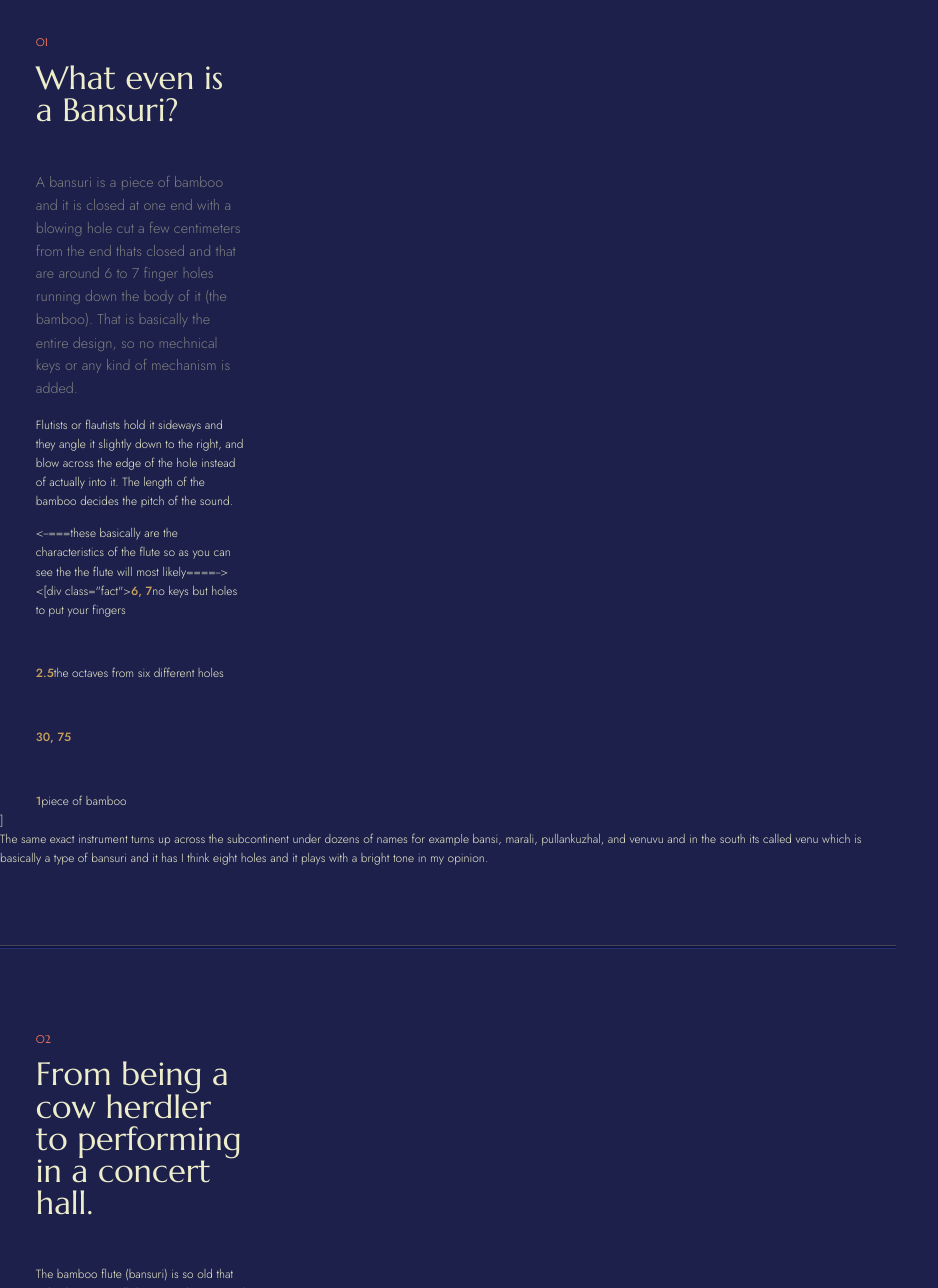
Repository: manayparikh1/Bansi
Page: index.html
The author's editor kept a copy of each file at every save. The page is drawn from the files as they stood at one save, then again after the next save.
The browser window is 1280 px wide. The page is 1340 px wide, so the pictures cover 1340 px, including what lies to the right of the window. The pictures show the part of the page from y = 809 to 2649 px (the page is 5463 px tall before and 5519 px after), at 70% of full size.

Above is the page before, as saved 2026-09-20 19:30:52.

### index.html
<!DOCTYPE html>
<html lang="en">

<head>
    <meta charset="utf-8">
    <meta name="viewport" content="width=device-width, initial-scale=2.0">
    <title>Bansuri ——— the flute with NO keys</title>
    <link rel="preconnect" href="https://fonts.googleapis.com">
    <link rel="preconnect" href="https://fonts.gstatic.com" crossorigin>
    <link href="https://fonts.googleapis.com/css2?family=Marcellus&family=Jost:wght@300;400;500&display=swap"
        rel="stylesheet">
    <link rel="stylesheet" href="style.css">
</head>

<body>
    <div class="stars"></div>
    <nav class="bar">
        <span class="mark">बाँसुरी</span>
        <div class="links">
            <a href="#what">The bamboo object</a>
            <a href="#story">The story of it</a>
            <a href="#play">How is it actually played?</a>
            <a href="#studio" class="hot">Wanna try it?</a>
        </div>
    </nav>
    <!-- ===Hero=== -->
    <header class="hero" id="top">
        <div class="hero-inner">
            <p class="eyebrow">A cylinder full of life...and bamboo. Six holes. No keys, reeds, or metal anywhere.</p>
            <h1>The flute that<br>breaths like<br><em>a voice</em></h1>
            <p class="stand">
                There is actually nothing inside a bansuri. It is a piece of bamboo that comes in all shapes and sizes.
                And it is closed at one end with the holes of it burned throughout it on its surface by hand. Everything
                else comes out of a player's fingers and breath.
            </p>
            <a class="cta" href="#studio">Play one below? Scroll down.</a>
        </div>

        <div class="hero-flute">
            <div class="tube big">
                <span class="node n1"></span>
                <span class="node n2"></span>
                <span class="blow"></span>
                <span class="hole h0"></span>
                <span class="hole h1"></span>
                <span class="hole h2"></span>
                <span class="hole h3"></span>
                <span class="hole h4"></span>
                <span class="hole h5"></span>
            </div>
        </div>
        <a class="scroll-hint" href="#what">scroll</a>
    </header>

    <!-- ==1. the object-->
    <section class="band" id="what">
        <div class="wrap two-col">
            <div class="col-head">
                <p class="num">01</p>
                <h2>What even is a Bansuri?</h2>
            </div>
            <div class="col-body">
                <p class="lead">
                    A bansuri is a piece of bamboo and it is closed at one end with a blowing hole cut a few centimeters
                    from the end thats closed and that are around 6 to 7 finger holes running down the body of it (the
                    bamboo). That is basically the entire design, so no mechnical keys or any kind of mechanism is
                    added.
                </p>
                <p>
                    Flutists or flautists hold it sideways and they angle it slightly down to the right, and blow across
                    the edge of the hole instead of actually into it. The length of the bamboo decides the pitch of the
                    sound.
                </p>
                <--===these basically are the characteristics of the flute so as you can see the the flute will most
                    likely====-->
                    <[div class="fact"><b>6, 7</b><span>no keys but holes to put your fingers
                        </span>
            </div>
            <div class="fact"><b>2.5</b><span>the octaves from six different holes</span></div>
            <div class="fact"><b>30, 75</b></div>
            <div class="fact"><b>1</b></span>piece of bamboo</div>
        </div>]

        <p class="aside-note">
            The same exact instrument turns up across the subcontinent under dozens of names for example bansi, marali,
            pullankuzhal, and venuvu and in the south its called venu which is basically a type of bansuri and it has I
            think eight holes and it plays with a bright tone in my opinion.
        </p>
        </div>
        </div>
    </section>
    <!-- == 2.story -->
    <section class="band tint" id="story">
        <div class="wrap two-col">
            <div class="col-head">
                <p class="num">02</p>
                <h2>From being a cow herdler to performing in a concert hall.</h2>
            </div>
            <div class="col-body">
                <p class="hello">
                    The bamboo flute (bansuri) is so old that nobody can actuall date it. And it is carved into various
                    religious temple walls like Buddhist, Hindu, and Jain. It is super important for Krishna, who is a
                    Hindu god that is depicted for playing the most beautiful flute scales EVER.
                </p>
                <p>
                    Honestly for most of the history it pretty much stayed as a folk instrument. It was small and played
                    in villages and it did not appear on atleast one Hindustani conert stage at all and that all changed
                    one <strong>lifetime</strong>.
                </p>

                <div class="people">
                    <div class="person">
                        <p class="years">1911-1960</p>
                        <h3>Pannalal Ghosh</h3>
                        <p>
                            He was born in Barisal and he rebuilt the instrument to make it fit for classical music. And
                            it was much more longer than any other flute that time, around 32 inches I believe. It
                            dropped the pitch and gave it the sustain effect a raga needs. He popularized the seventh
                            hole and studied under someone named Allauddin Khan. Before him the bansuri was not even a
                            concert instrument, it was used only for village songs. But he made such a big change that
                            after him it was.
                        </p>
                    </div>
                    <div class="person">
                        <p class="years">Born on 1938</p>
                        <h3>Hariprasad Chaurasia</h3>
                        <p>
                            He is still alive today and one of my favourite flute players in the world. He carried it
                            out of India. Fifty years of recordings across most of the major ragas. He taught gurukul in
                            Vrindavan, and collabed with Western musicians and he gave the bansuri a profile thats
                            comparable with the sitar.
                        </p>
                    </div>
                </div>
                <p class="tabla">
                    In a performance the bansuri is usually joined by another Indian instrument called the Tabla, which
                    many of you have heard. It is used for rhythm and a tanpura droning underneath, holding the tonic of
                    the bansuri so the never loses its pitch. You can switch that drone on in the studio below.
                    <strong>Try it</strong>.
                </p>
            </div>
        </div>
    </section>
    <!--==3. how is it ac played-->
    <section class="band" id="play" <div class="wrap two-col">

        <div class="col-head" <p class="num">003</p>
            <h2>Why having no keys is basically the whole point!</h2>
            <div>
                <div class="col-body">
                    <p class="lead">
                        A western flute gives you a key per every note. Press it and you get the note and the pitch
                        between two keys does not exist (some of you may not understand what I am saying here but thats
                        fine). The bansuri has nothing buton open holes and the pads of your fingers, which sounds super
                        good for bansuri because you can add sounds that are not even possible on the western flute by
                        sliding and gliding your fingers. (I'll show you a audio recording of me playing in the very
                        bottom).
                    </p>
                    <p>
                        Because a finger can cover a hole halfway, or a third of the way, or roll slowly off it, the
                        player has every pitch between the notes. That is how the flats and sharps of different ragas
                        are found on an instrument with holes that are fixed and it is how a bansuri slides from one
                        note into the next into a single breath.
                    </p>
                    <p>
                        The seven swaras are <b>Sa Re Ga Ma Pa Dha Ni</b>, and Sa is not a fixed frequency surprisingly.
                        It is wherever the flute of the player sits.
                    </p>
                    <div class="rowforswaras">
                        <span>सा<i>Sa</i></span><span>रे<i>Re</i></span><span>ग<i>Ga</i></span>
                        <span>म<i>Ma</i></span><span>प<i>Pa</i></span><span>ध<i>Dha</i></span>
                        <span>नि<i>Ni</i></span>
                    </div>
                </div>
            </div>
    </section>
    <!-- ===4.Studio=== -->
    <section class="thestudio" id="thestudio">
        <div class="wrap">
            <header class="studio-head">
                <p class="gold">The studio</p>
                <h2>Play it <strong>without</strong> blowing</h2>
                <p class="studiosub">
                    Press the swara pads or use the row of your keyboard
                    <kbd>A</kbd><kbd>S</kbd><kbd>D</kbd><kbd>F</kbd><kbd>G</kbd><kbd>H</kbd><kbd>J</kbd><kbd>K</kbd>.
                    Hold a note to keep it sustained and the flute above will show you which holes a real player would
                    be covering (as an example).
                </p>
            </header>
            <!-- the main primary instrument with the actually tube creation-->
            <div class="instrument" id="theflute">
                <div class="tube">
                    <span class="node n1"></span>
                    <span class="node n2"></span>
                    <span class="node n3"></span>
                    <span class="blow"></span>
                    <span class="hole h0" id="h0"></span>
                    <span class="hole h1" id="h1"></span>
                    <span class="hole h2" id="h2"></span>
                    <span class="hole h3" id="h3"></span>
                    <span class="hole h4" id="h4"></span>
                    <span class="hole h5" id="h5"></span>
                    <!-- only these much holes are enough because its good for beginners. -->
                </div>
                <p class="breath" id="breath">resting</p>
            </div>
            <!-- Controls -->
            <div class="thedesk">
                <div class="set">
                    <p class="set-label">Raga Colour</p>
                    <div class="thechips" id="thaats">
                        <button type="button" class="chip on" data-thaat="bilwal">Bilwal<i>all natural</i></button>
                        <button type="button" class="chip" data-thaat="yaman">Yaman<i>Ma is sharp</i></button>
                        <button type="button" class="chip" data-thaat="bhairav">Bhairav<i>Re and Dha is flat</i>
                        </button>
                        <button type="button" class="chip" data-thaat="kafi">Kafi<i>Ga and Ni is flat</i></button>
                    </div>
                </div>
                <div class="set">
                    <!-- testing straight from my flute -->
                </div>
                <p class="set-label">Length of the bamboo</p>
                <div class="thechips" id="sizes">
                    <button type="button" class="chip" data-base="220.00">Long<i>deep</i></button>
                    <button type="button" class="chip on" data-base="293.66">Medium<i>middle</i></button>
                    <button type="button" class="chip" data-base="392.00">Short<i>bright</i></button>
                </div>
            </div>
            <div class="set">
                <p class="set-label">Tanpura</p>
                <div class="thechips">
                    <button type="button" class="chip" id="drone">Drone Off</button>
                </div>
            </div>
        </div>
        <!-- Swara pads for the fingerings virtual padss-->
        <div class="thepads" id="thepads"></div>
        <p class="thefootnote">
            It has real fingering and it is super simplified: the lower four swaras are created by uncovering the holes
            one at a time at any speed you want, and the upper four repeat those shapes while the player blows harder
            with more embochure to jump an octave (I will show you that later). The flats and sharps that seperate one
            raga from another are actually found by covering half the hole, which a mouse, cursor or whatever you are
            using to test will not be able to imitate. So you need a real one for that.
        </p>
        </div>
    </section>
    <div class="wrap">
        <!-- this is written in devanagri and it is written the same in hindi and nepali बाँसुरी : flute-->
        <footer class="foot">
            <p class="foot-big">बाँसुरी</p>
            <p>A page about a hollow stick that can play as if it sings.</p>
            <p class="small">
                The sound is generated live with the Web Audio Api. If you want to see a page of me with audios of
                playing flute scroll down to the bottom.
            </p>
    </div>
    </footer>
    <!-- above is gonna be the footer -->
    <script src="app.js"></script>
</body>

</html>

### style.css
:root {
    --night: #1c204a;
    --violet: #30397d;
    --deep: #101644;
    --cream: #ededcc;
    --bamboo: #C9A15c;
    --bamboo2: #C9A15c;
    --marigold: #ec9c40;
    --rose: #f17458;
    --peacock: #49925e;
    --muted: #f2f2f2;
    --wrap: 1360px;
    --pad: clamp(20px, 4vw, 64px);
}

* {
    box-sizing: border-box;
}

html {
    scroll-behavior: smooth;
}

body {
    margin: 0;
    color: var(--cream);
    background: var(--night);
    font-family: 'Jost', Helvetica, Arial, sans-serif;
    font-size: 17px;
    font-weight: 300;
    line-height: 1.6;
    overflow-x: hidden;
}

h1,
h2,
h3 {

    font-family: 'Marcellus', Georgia, serif;
    font-weight: 410;
    margin: 0;
    line-height: 1.0;
}

p {
    margin: 0 0 1.1em;
}

p:last-child {
    margin-bottom: 0;
}

b {
    font-weight: 500;
    color: var(--bamboo);
}

em {
    font-style: normal;
    color: var(--marigold);
}

.wrap {
    width: 100%;
    max-width: var(--wrap);
    margin: 0 auto;
    padding: 0 var(--pad);
}

/*-- the field where stars are gonna be added --*/
.stars {
    position: fixed;
    inset: 0;
    z-index: 0;
    pointer-events: none;

    background-image: radial-gradient(1.4px 1.4px at 13% 18%, rgba(243, 234, 217, 0.55) 50%, transparent 51%),
        radial-gradient(1.2px 1.2px at 34% 63%, rgba(243, 234, 217, 0.4) 50%, transparent 51%),
        radial-gradient(1.6px 1.6px at 58% 24%, rgba(243, 234, 217, 0.5) 50%, transparent 51%),
        radial-gradient(1.2px 1.2px at 77% 69%, rgba(243, 234, 217, 0.36) 50%, transparent 51%),
        radial-gradient(1.5px 1.5px at 90% 35%, rgba(243, 234, 217, 0.45) 50%, transparent 51%),
        radial-gradient(1.2px 1.2px at 25% 85%, rgba(243, 234, 217, 0.35) 50%, transparent 51%),
        radial-gradient(1.3px 1.3px at 66% 88%, rgba(243, 234, 217, 0.39) 50%, transparent 51%),
}

body>*:not(.stars) {
    position: relative;
    z-index: 1;
}

/*-- Nav --*/
.bar {
    position: sticky;
    top: 0;
    z-index: 30;
    display: flex;
    justify-content: space-between;
    align-items: center;
    gap: 20px;
    backdrop-filter: blur(8px);
    border-bottom: 1px solid #2a2a5f;
    padding: 15px var(--pad);
    background: rgba(30, 36, 81, 0.87);
}

.mark {
    font-size: 22px;
    font-family: 'Marcellus', serif;
    color: var(--bamboo);
}

.links {
    display: flex;
    gap: 25px;
    flex-wrap: wrap;
}

.links a {
    font-size: 15px;
    color: var(--muted);
    text-decoration: none;
}

.links a:hover {
    color: var(--cream);
}

/* No matter what, marigold should be used for the hot class,
so !important is added to override any other styles that may be applied to it. */
.hot {
    color: var(--marigold) !important;
}

/*hero*/
/* I change the view height a bit to make it more visually appealing */
.hero {
    position: relative;
    min-height: calc(100vh - 57px);
    min-height: calc(100svh - 57px);
    display: flex;
    flex-direction: column;
    justify-content: center;
    padding: 40px var(--pad) 70px;
    background:
        radial-gradient(1100px 620px at 78% 22%, rgba(35, 42, 92, 0.85) 0%, transparent 70%),
        radial-gradient(760px 423px at 8% 85%, rgba(31, 165, 160, 0.1), transparent 70%);
}

.hero-inner {
    max-width: 680px;
}

.eyebrow {
    font-size: 12.5px;
    letter-spacing: 0.22em;
    text-transform: uppercase;
    color: var(--peacock);
    margin-bottom: 22px;
}

.eyebrow.g {
    color: var(--marigold);
}

h1 {
    font-size: clamp(42px, 6.6vw, 96px);
    margin-bottom: 26px;
}

.stand {
    max-width: 56ch;
    font-size: clamp(17px, 2.1vw, 22px);
    color: #7f7f7f;
    margin-bottom: 29px;
}

.cta {
    display: inline-block;
    letter-spacing: 0.05em;
    background: var(--bamboo);
    padding: 14px 29px;
    font-size: 15px;
    color: var(--night);
}

.cta:hover {
    background: var(--marigold);
}

.hero-flute {
    position: absolute;
    right: -5%;
    bottom: 11%;
    width: 62%;
    max-width: 890px;
    transform: rotate(-13.5deg);
    opacity: 0.945;
    pointer-events: none;
    animation: float 9s ease-in-out infinite;
}

/*helps with the animation of the design*/
.scroll-hint {
    position: absolute;
    left: var(--pad);
    bottom: 25px;
    letter-spacing: 0.3em;
    text-transform: uppercase;
    color: var(--muted);
    font-size: 12px;
}

/*bambooo*/
.tube {
    position: relative;
    border-radius: 26px;
    height: 54px;
    background: linear-gradient(180deg, var(--bamboo) 0%, var(--bamboo2) 62%, #6F5124 100%);
}

/*be careful of spacing because there was syntax-errors*/
.tube.big {
    height: 62px;
    border-radius: 30px;
}

.node {
    position: absolute;
    top: 0;
    bottom: 0;
    width: 9px;
    background: rgba(73, 55, 46, 0.5)
}

/* THE FLUTE PIC TyPE OF THING WILL BE ON THE TOP OF THE PAGE (not the testing one) */
.n1 {
    left: 22%
}

.n2 {
    left: 62%;
}

.n3 {
    left: 90%;
}

.blow {
    position: absolute;
    left: 7%;
    top: 50%;
    width: 26px;
    height: 20px;
    margin-top: -10px;
    border-radius: 50%;
    background: rgba(73, 55, 46, 0.5);
}

.hole {
    position: absolute;
    top: 50%;
    width: 20px;
    height: 20px;
    margin-top: -11px;
    border-radius: 50%;
    background: rgba(73, 55, 46, 0.5);
    transition: background 0.09s, box-shadow 0.09s;
}

.h0 {
    left: 31.5%;
}

.h1 {
    left: 41.5%;
}

.h2 {
    left: 51%;
}

.h3 {
    left: 69%;
}

.h4 {
    left: 76.5%;
}

.h5 {
    left: 84%;
}

/*--the bands*/
/*it is the titles of the whole thing (very important for looks+organization*/
.band {
    padding: clamp(70px, 9vw, 130px) 0;
    /*changing it into a dual line which willl look SUPER awesome*/
    border-top: 1px solid var(--violet);
    box-shadow: 0 -3px 0 0 var(--deep), 0 -4px 0 0 rgba(201, 161, 92, 0.4);
}

.band.tint {
    background: linear-gradient(170deg, var(--), var(--night));
}

.two-col {
    display: grid;
    grid-template-columns: minmax(200px, 300px);
    gap: clamp(28px, 5vw, 80px);
    align-items: start;
}

.num {
    font-family: 'Marcellus', serif;
    color: var(--rose);
    margin-bottom: 15px;
    font-size: 16px;
}

h2 {
    font-size: clamp(30px, 3.6vw, 52px);
}

.col-body {
    max-width: 66ch;
}

.lead {
    font-size: clamp(18px, 1.6vw, 21px);
    color: #7f7f7f;
}

Loaded but not shown: app.js (no stored copy; drawn as an empty file)

After the next save:
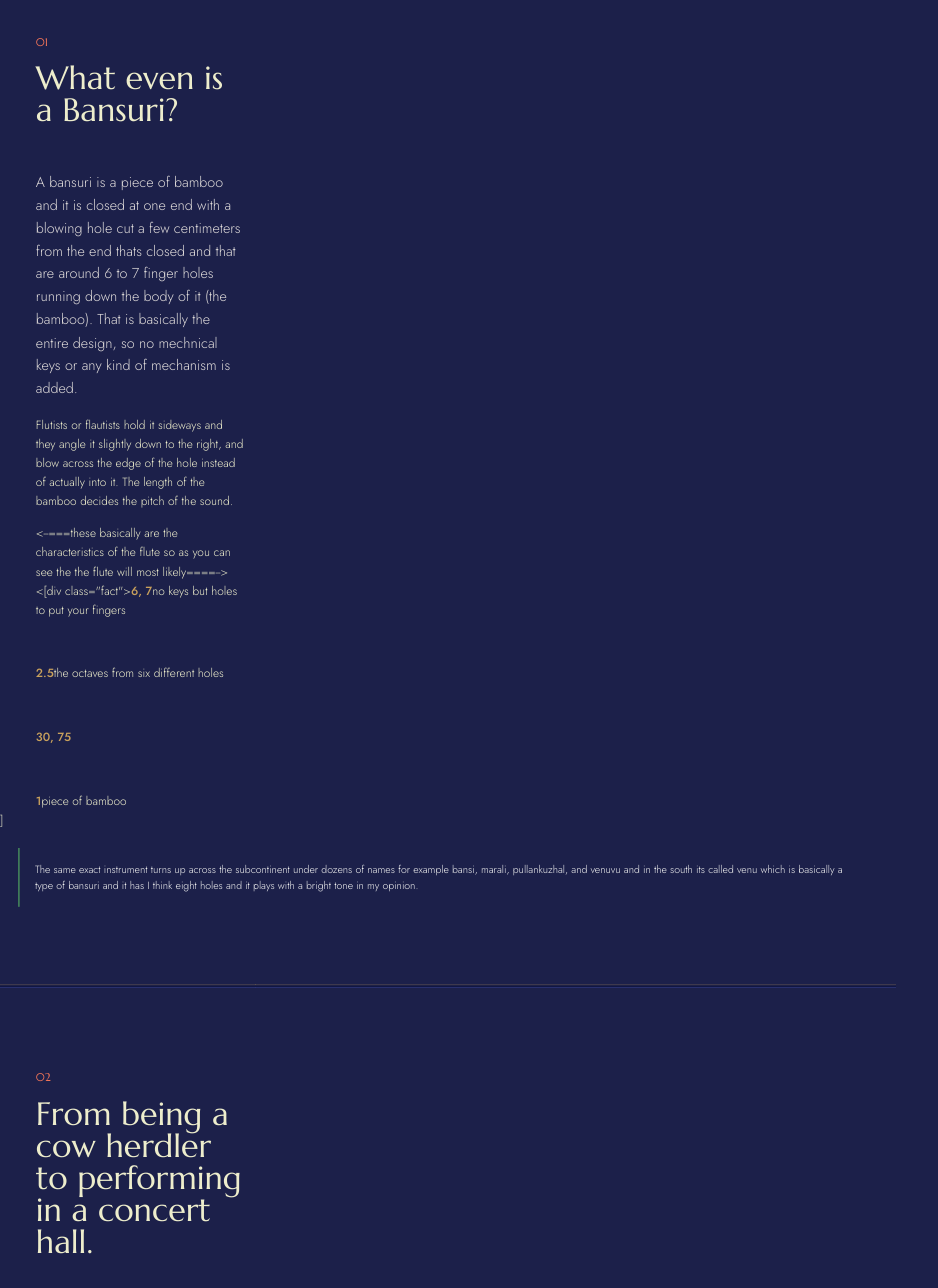
Saved 75 min 42 s later.
--- a/style.css
+++ b/style.css
@@ -328,5 +328,23 @@ h2 {
 
 .lead {
     font-size: clamp(18px, 1.6vw, 21px);
-    color: #7f7f7f;
-}
+    color: #dcd8d8;
+}
+
+.aside-note {
+    margin: 26px;
+    padding: 18px 22px;
+    border-left: 2px solid var(--peacock);
+    color: var(--muted);
+    font-size: 15px;
+}
+
+/*the facts strip with the famous figures*/
+.facts {
+    display: grid;
+    grid-template-columns: repeat(auto-fit, minimax(130px, 1fr));
+    gap: 18px;
+    margin: 34px 0 4px;
+    padding-top: 26px;
+    border-top: 1px solid #2a2a5f;
+}
